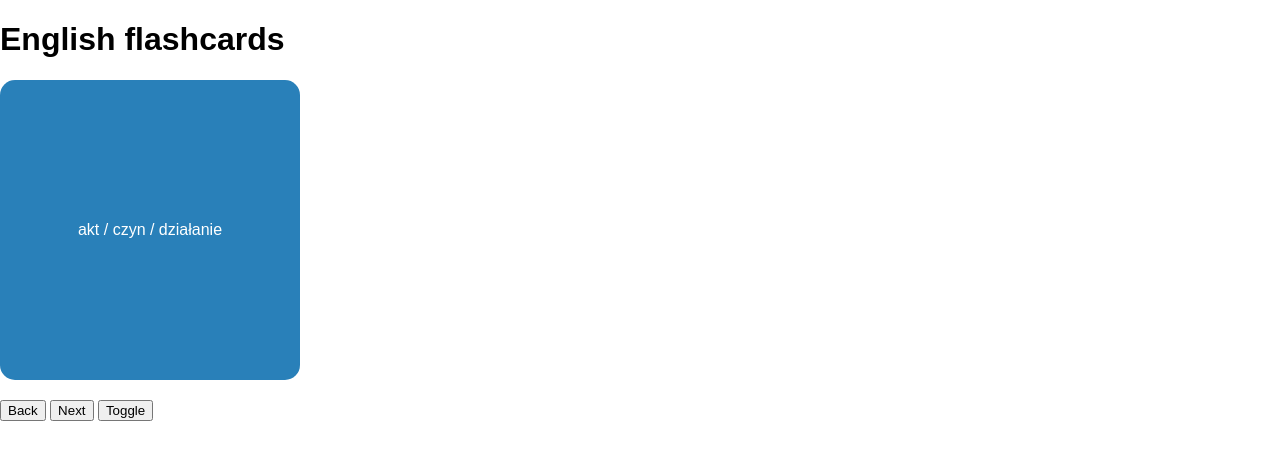
Repository: AdrianGizycki/English-Flashcards
Page: index.html
The author's editor kept a copy of each file at every save. The page is drawn from the files as they stood at one save, then again after a run of saves.
The browser window is 1280 px wide. The pictures show the whole page.
After loading, the first visible `#rot` was clicked once.

Above is the page before, as saved 2019-09-15 14:57:12.

After the next 2 saves:
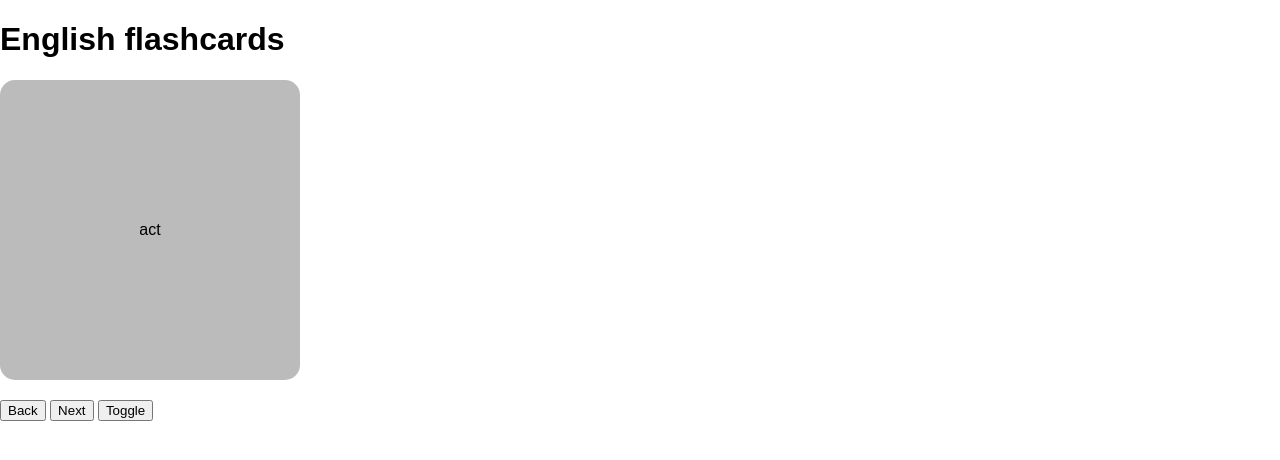
Console error: TypeError: Cannot read properties of undefined (reading 'style')
The 2 saves are shown as one change because they came seconds apart.
The last was saved 11 s later.
--- a/app.js
+++ b/app.js
@@ -50,6 +50,6 @@
 
 flipCard.addEventListener('click', () => {
     console.log("test");
-
+    flipCard.
     flipCard.style.transform = "rotateY(180deg)";
 });

After the save that followed:
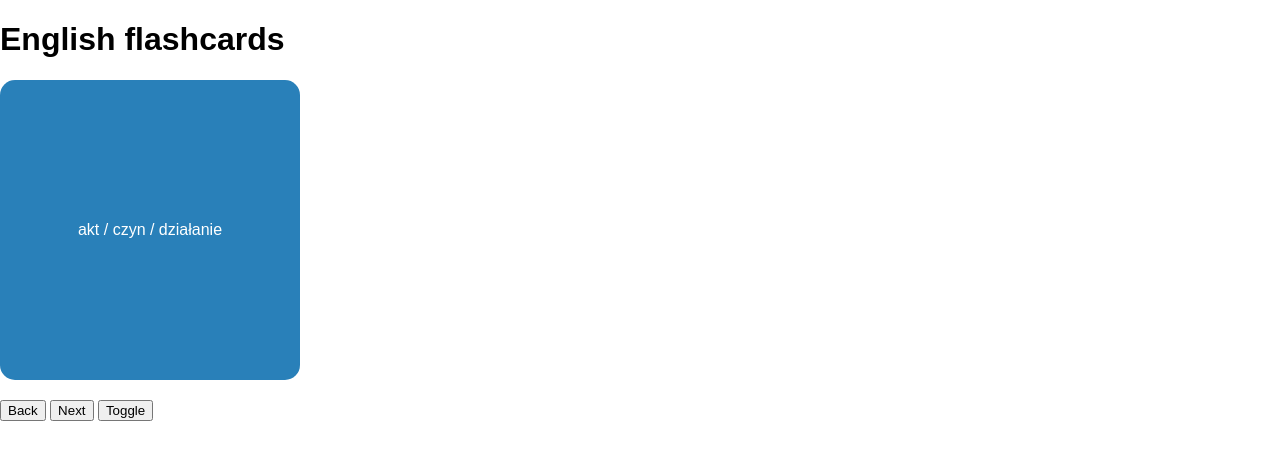
The error is gone.
Saved 10 s later.
--- a/app.js
+++ b/app.js
@@ -50,6 +50,6 @@
 
 flipCard.addEventListener('click', () => {
     console.log("test");
-    flipCard.
+    flipCard.cl
     flipCard.style.transform = "rotateY(180deg)";
 });
